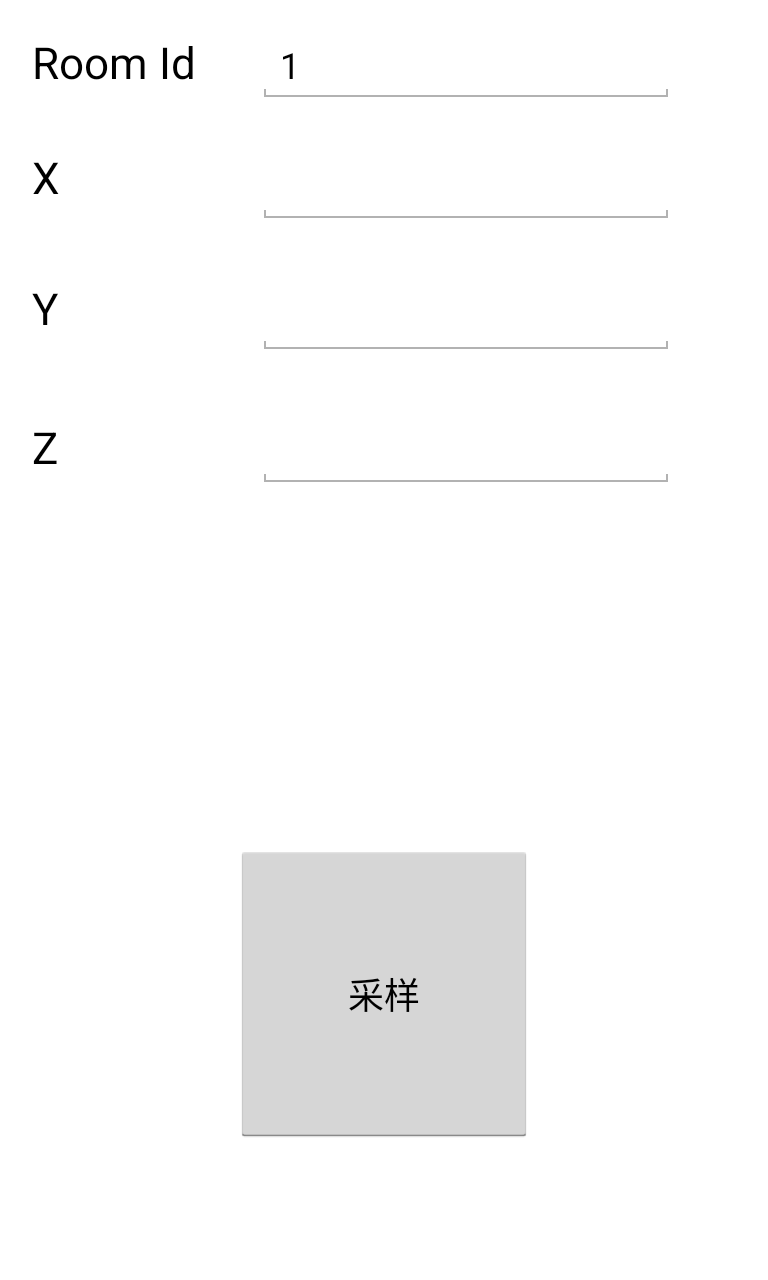
Repository: RenchuSong/tMap_Android
Layout: tmap_model_tool/res/layout/wifi_conllector.xml
An editor plug-in stored every save of this project. The layout is shown before and after the next save, followed by the edit.
It is drawn on a 768 x 1280 px phone screen (xhdpi) without system bars, with theme AppTheme; the app's code is not run.

Above is the layout before, as saved 2014-04-20 11:42:22.

### tmap_model_tool/res/layout/wifi_conllector.xml
<RelativeLayout xmlns:android="http://schemas.android.com/apk/res/android"
    xmlns:tools="http://schemas.android.com/tools"
    android:layout_width="match_parent"
    android:layout_height="match_parent"
    android:paddingBottom="@dimen/activity_vertical_margin"
    android:paddingLeft="@dimen/activity_horizontal_margin"
    android:paddingRight="@dimen/activity_horizontal_margin"
    android:paddingTop="@dimen/activity_vertical_margin"
    tools:context=".WifiCollector" >

    <TextView
        android:id="@+id/textView1"
        android:layout_width="wrap_content"
        android:layout_height="wrap_content"
        android:layout_alignParentLeft="true"
        android:layout_alignParentTop="true"
        android:text="Room Id"
        android:textAppearance="?android:attr/textAppearanceLarge" />

    <TextView
        android:id="@+id/textView2"
        android:layout_width="wrap_content"
        android:layout_height="wrap_content"
        android:layout_alignLeft="@+id/textView1"
        android:layout_below="@+id/textView1"
        android:layout_marginTop="28dp"
        android:text="X"
        android:textAppearance="?android:attr/textAppearanceLarge" />

    <TextView
        android:id="@+id/textView3"
        android:layout_width="wrap_content"
        android:layout_height="wrap_content"
        android:layout_alignLeft="@+id/textView2"
        android:layout_below="@+id/textView2"
        android:layout_marginTop="36dp"
        android:text="Y"
        android:textAppearance="?android:attr/textAppearanceLarge" />

    <TextView
        android:id="@+id/textView4"
        android:layout_width="wrap_content"
        android:layout_height="wrap_content"
        android:layout_alignLeft="@+id/textView3"
        android:layout_below="@+id/textView3"
        android:layout_marginTop="40dp"
        android:text="Z"
        android:textAppearance="?android:attr/textAppearanceLarge" />

    <EditText
        android:id="@+id/roomId"
        android:layout_width="wrap_content"
        android:layout_height="wrap_content"
        android:layout_alignBaseline="@+id/textView1"
        android:layout_alignBottom="@+id/textView1"
        android:layout_marginLeft="30dp"
        android:layout_toRightOf="@+id/textView1"
        android:ems="10"
        android:text="1" >

    </EditText>

    <EditText
        android:id="@+id/x"
        android:layout_width="wrap_content"
        android:layout_height="wrap_content"
        android:layout_alignLeft="@+id/roomId"
        android:layout_alignTop="@+id/textView2"
        android:ems="10" />

    <EditText
        android:id="@+id/y"
        android:layout_width="wrap_content"
        android:layout_height="wrap_content"
        android:layout_alignLeft="@+id/x"
        android:layout_alignTop="@+id/textView3"
        android:ems="10" >

    </EditText>

    <EditText
        android:id="@+id/z"
        android:layout_width="wrap_content"
        android:layout_height="wrap_content"
        android:layout_alignBaseline="@+id/textView4"
        android:layout_alignBottom="@+id/textView4"
        android:layout_alignLeft="@+id/y"
        android:ems="10" />

    <Button
        android:id="@+id/button1"
        android:layout_width="150dp"
        android:layout_height="150dp"
        android:layout_alignParentBottom="true"
        android:layout_centerHorizontal="true"
        android:layout_marginBottom="52dp"
        android:text="采样" />

</RelativeLayout>

Loaded but not shown: tmap_model_tool/res/values/styles.xml (common file); tmap_model_tool/res/values-v11/styles.xml (common file); tmap_model_tool/res/values-v14/styles.xml (common file); tmap_model_tool/res/values/dimens.xml (common file)

After the next save:
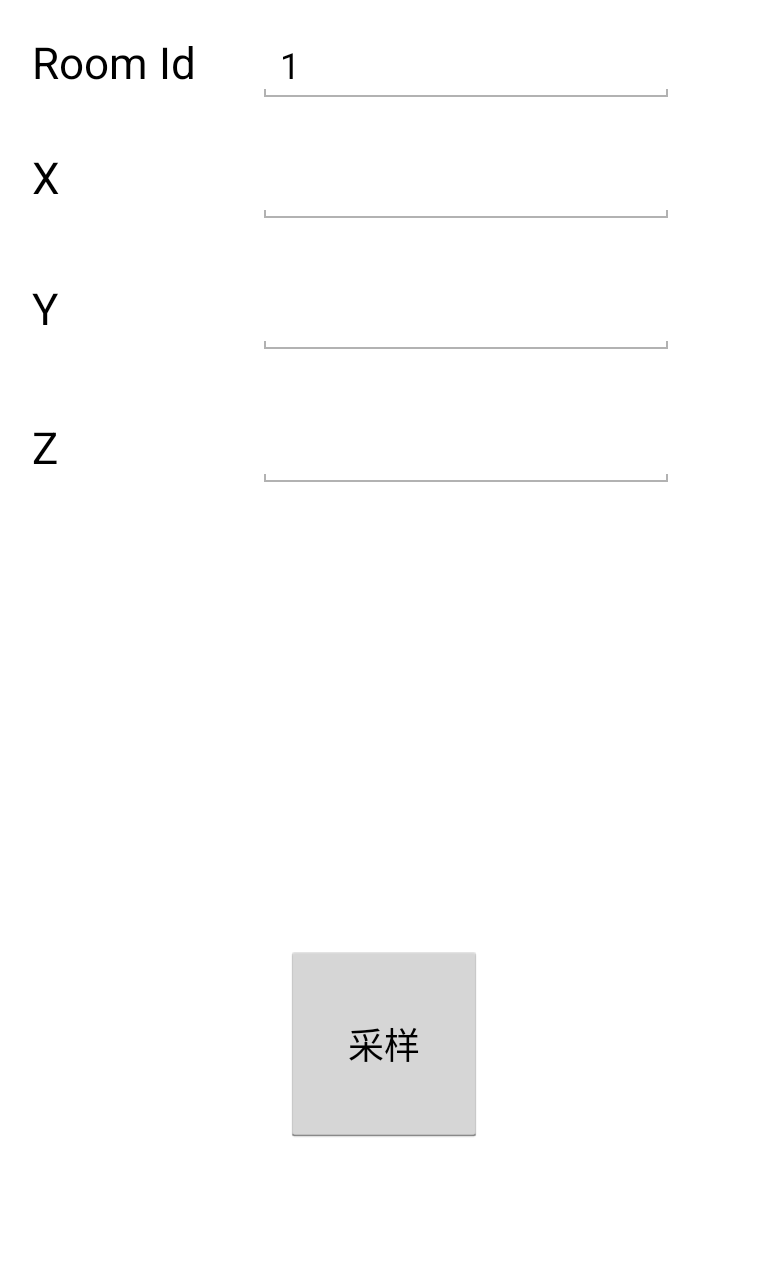
Saved 14 s later.
--- a/tmap_model_tool/res/layout/wifi_conllector.xml
+++ b/tmap_model_tool/res/layout/wifi_conllector.xml
@@ -89,8 +89,8 @@
 
     <Button
         android:id="@+id/button1"
-        android:layout_width="150dp"
-        android:layout_height="150dp"
+        android:layout_width="100dp"
+        android:layout_height="100dp"
         android:layout_alignParentBottom="true"
         android:layout_centerHorizontal="true"
         android:layout_marginBottom="52dp"
